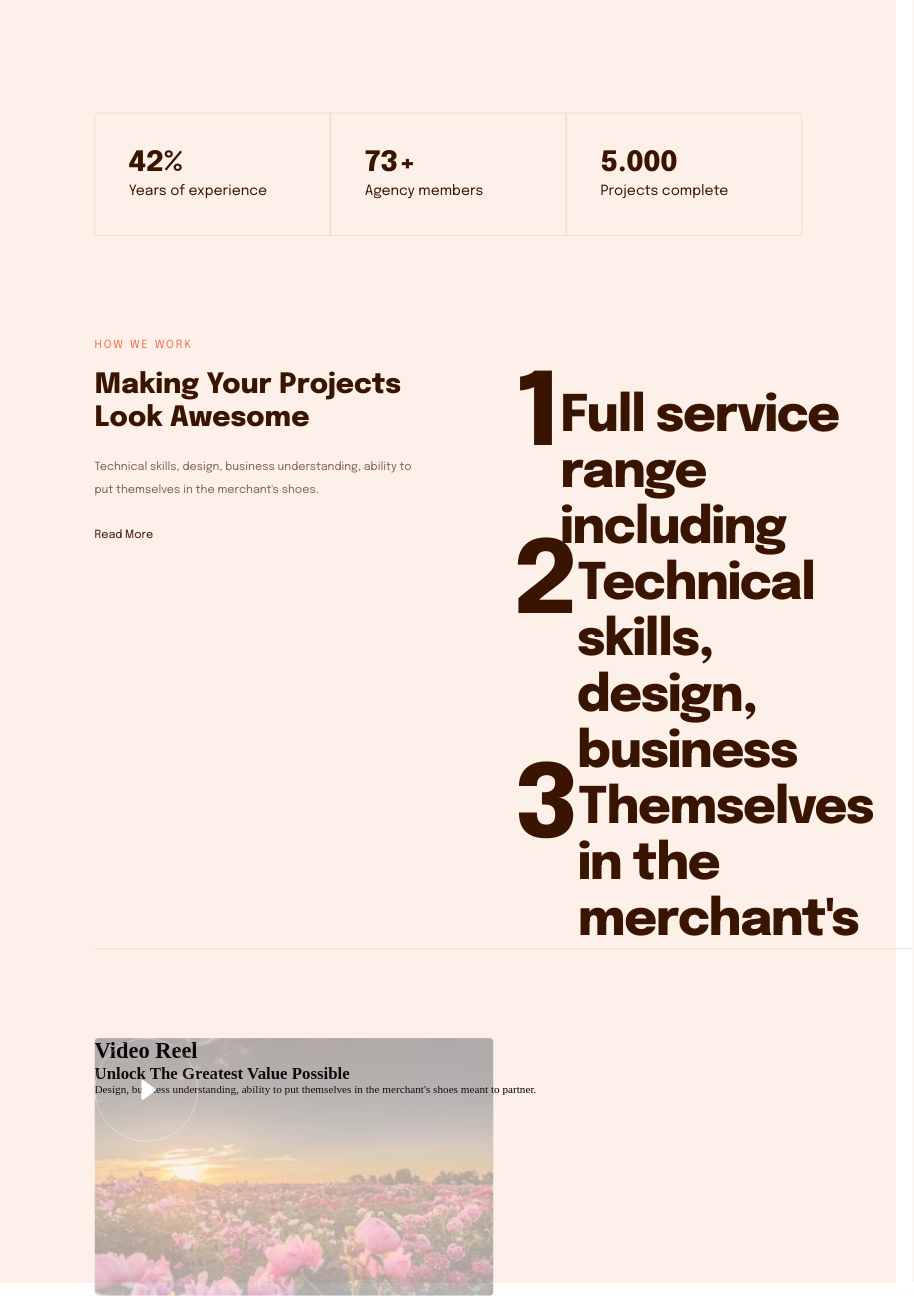
Repository: AytacJafarova/task2
Page: index.html
The author's editor kept a copy of each file at every save. The page is drawn from the files as they stood at one save, then again after a run of saves.
The browser window is 1280 px wide. The page is 1305 px wide, so the pictures cover 1305 px, including what lies to the right of the window. The pictures show the whole page, at 70% of full size.

Above is the page before, as saved 2023-08-01 14:18:29.

After the next 2 saves:
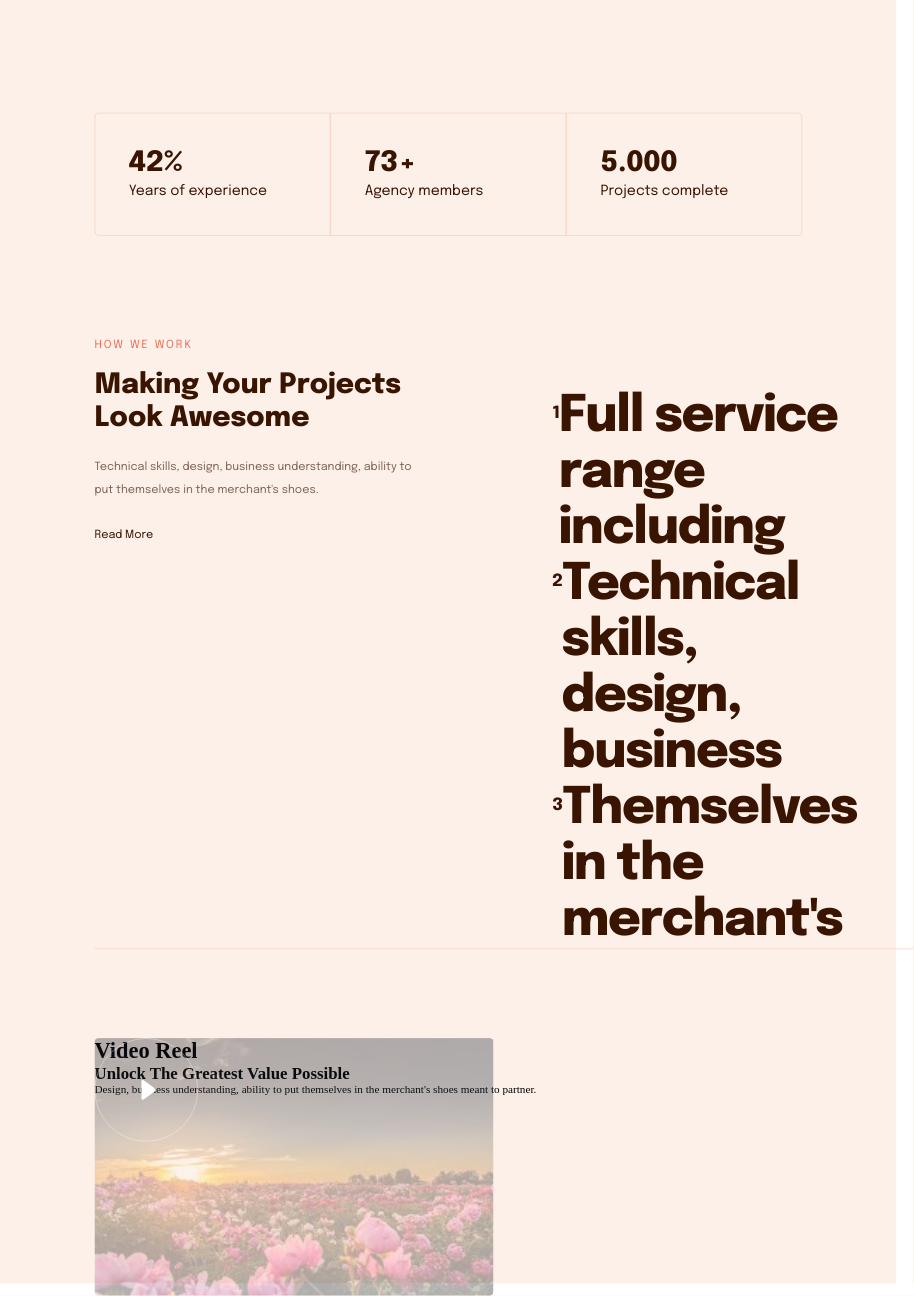
The 2 saves are shown as one change because they came seconds apart.
The last was saved 24 s later.
--- a/index.css
+++ b/index.css
@@ -115,7 +115,7 @@ line-height: 80px;
 letter-spacing: -2px;
 /* margin-bottom: 32px; */
 }
-.box2 .texts h1 {
+.box2 ul li h1 {
     color: var(--text-dark, #391400);
 font-feature-settings: 'clig' off, 'liga' off;
 font-family: Epilogue;
